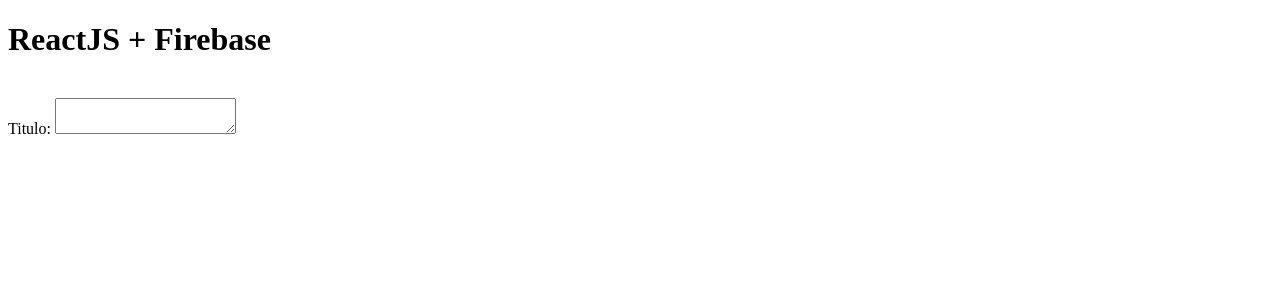
Repository: joaoaspimienta/Estudos-de-firebase
Page: /
These files come from the project's save history. The page is drawn as it stood at one moment and after the next save; the edit follows.
The browser window is 1280 px wide. The pictures show the whole page.
The project was rebuilt for these pictures with package versions that can differ from the ones it lists, and the page was loaded fresh each time.

Above is the page before, as saved 2022-04-23 20:28:54.

After the next save:
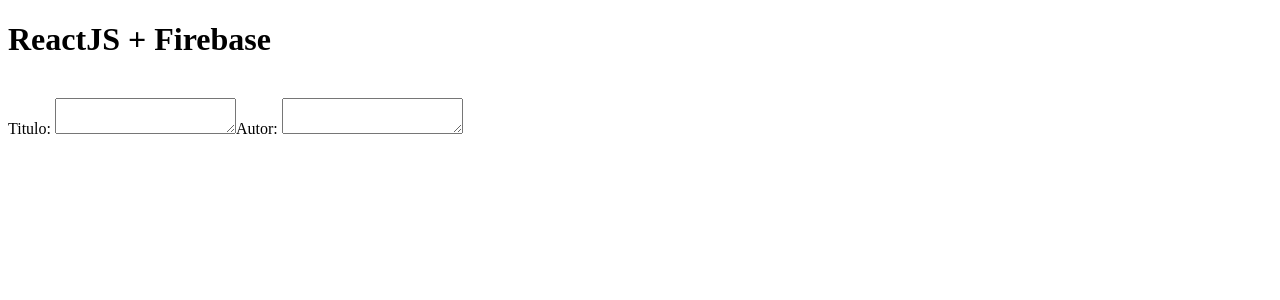
Saved 70 s later.
--- a/src/App.js
+++ b/src/App.js
@@ -15,6 +15,9 @@
 
       <label>Titulo: </label>
       <textarea type='text' value={titulo} onChange={(e)=>setTitulo(e.target.value)}/>
+
+      <label>Autor: </label>
+      <textarea type='text' value={autor} onChange={(e)=>setAutor(e.target.value)}/>
     </div>
   );
 }
